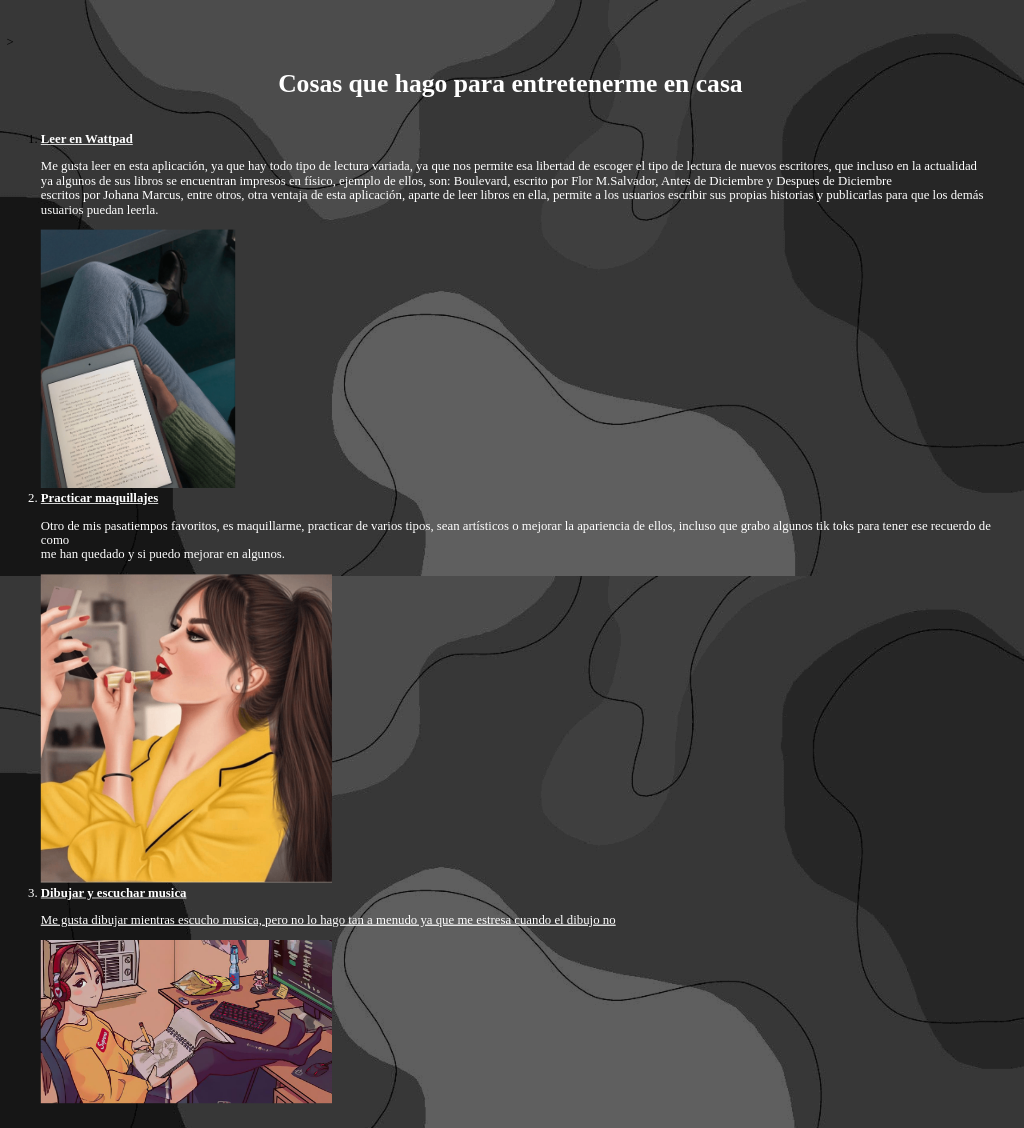
Repository: darlyn-saravia27/portafolio-darlynsaravia
Page: archivoshtml/entretenimiento.html
These files come from the project's save history. The page is drawn as it stood at one moment and after the next save; the edit follows.
The browser window is 1280 px wide. The pictures show the whole page, at 80% of full size.

Above is the page before, as saved 2023-03-05 04:19:18.

After the next save:
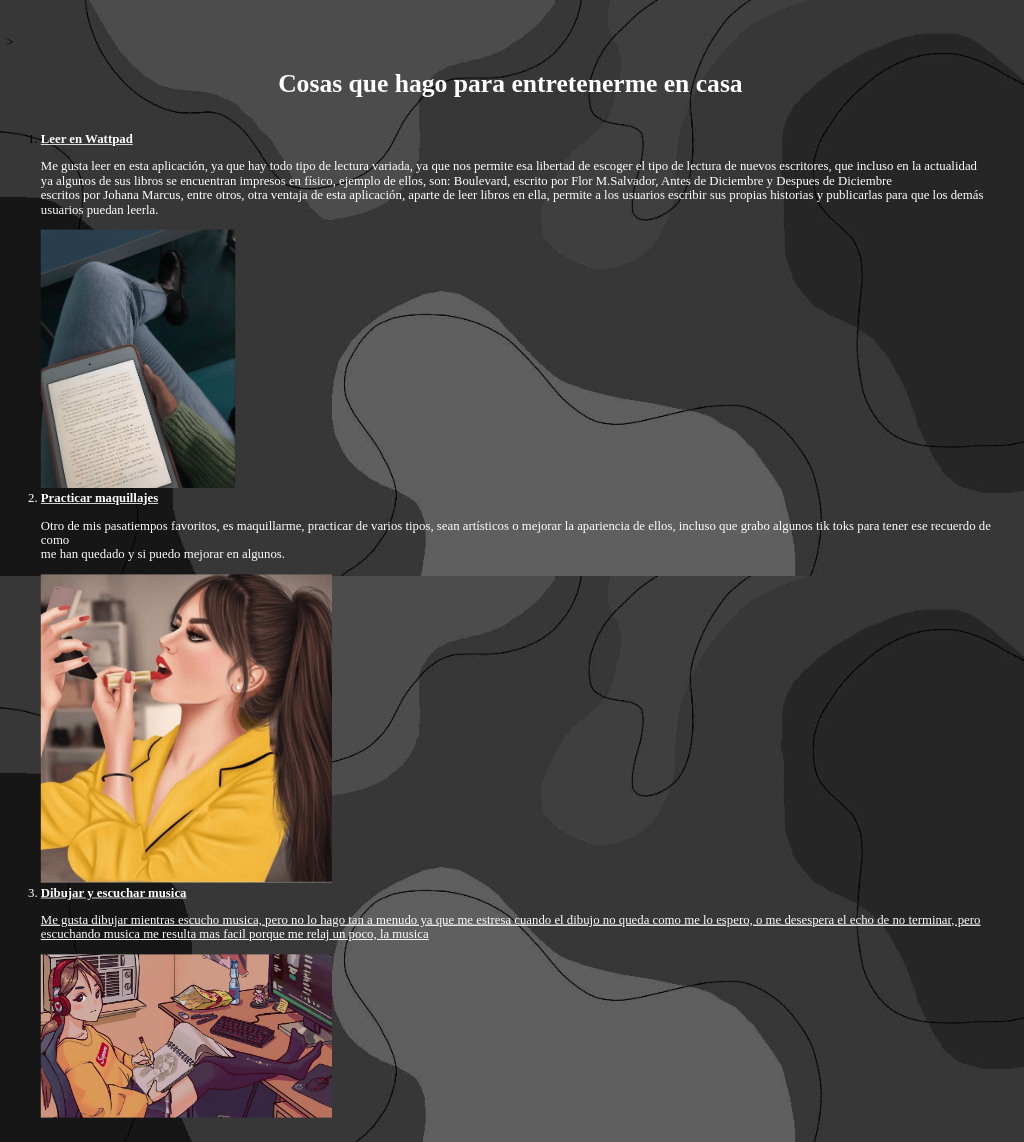
Saved 44 s later.
--- a/archivoshtml/entretenimiento.html
+++ b/archivoshtml/entretenimiento.html
@@ -31,7 +31,8 @@
                     <img src="art.png" width="30%" height="30%">
                 <li type="1"><strong><font color="white"><u>Dibujar y escuchar musica<u></font></strong></li>
                     <p>Me gusta dibujar mientras escucho musica, pero no lo hago tan a menudo ya que me estresa cuando el dibujo no
-
+                    queda como me lo espero, o me desespera el echo de no terminar, pero escuchando musica me resulta mas facil porque me
+                    relaj un poco, la musica
                     </p>
                     <img src="dibujo.png" width="30%" height="30%">
                 </ol>
